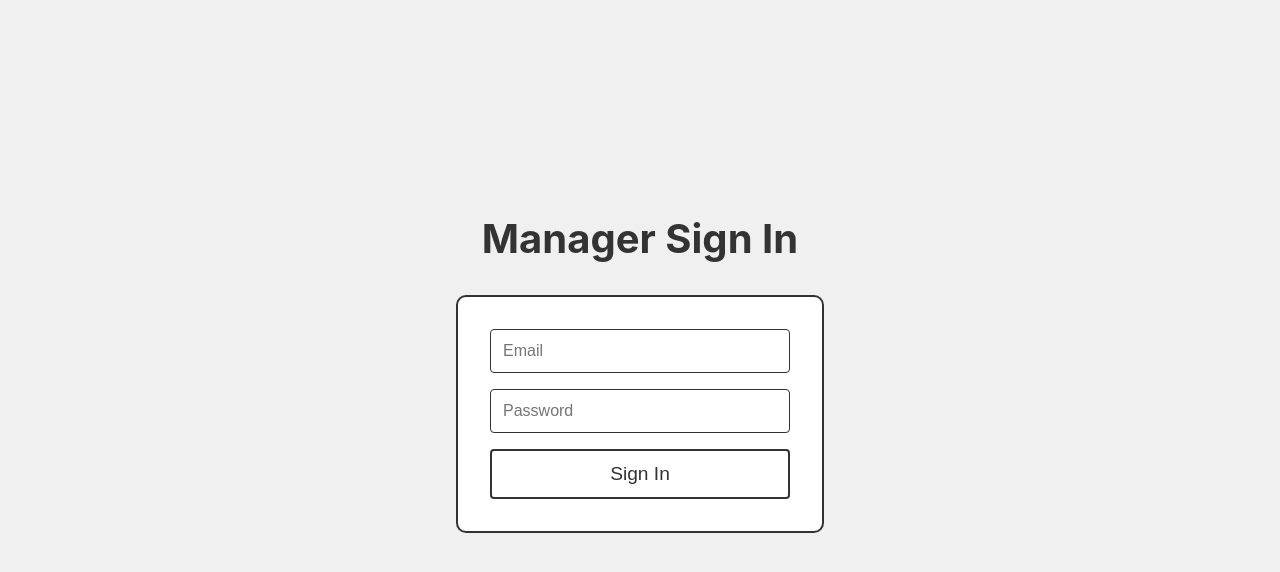
Repository: lasity34/waiter-scheduling-app
Page: /signin (app in waiter-app-frontend/)
An editor plug-in stored every save of this project. The page is shown before and after the next save, followed by the edit.
The browser window is 1280 px wide. The pictures show the whole page.
The project was rebuilt for these pictures with package versions that can differ from the ones it lists, and the page was loaded fresh each time. Also part of the build but not shown: waiter-app-frontend/src/components/Home.tsx, waiter-app-frontend/src/components/WaiterDashboard.tsx, waiter-app-frontend/src/components/ManagerDashboard.tsx.

Above is the page before, as saved 2024-09-10 15:02:48.

### waiter-app-frontend/public/index.html
<!DOCTYPE html>
<html lang="en">
  <head>
    <meta charset="utf-8" />

    <meta name="viewport" content="width=device-width, initial-scale=1" />
    <meta name="theme-color" content="#000000" />
    <meta
      name="description"
      content="Web site created using create-react-app"
    />

    <!--
      manifest.json provides metadata used when your web app is installed on a
      user's mobile device or desktop. See https://developers.google.com/web/fundamentals/web-app-manifest/
    -->
    <link rel="manifest" href="%PUBLIC_URL%/manifest.json" />
    <!--
      Notice the use of %PUBLIC_URL% in the tags above.
      It will be replaced with the URL of the `public` folder during the build.
      Only files inside the `public` folder can be referenced from the HTML.

      Unlike "/favicon.ico" or "favicon.ico", "%PUBLIC_URL%/favicon.ico" will
      work correctly both with client-side routing and a non-root public URL.
      Learn how to configure a non-root public URL by running `npm run build`.
    -->
    <title>Waiter Schedule</title>
  </head>
  <body>
    <noscript>You need to enable JavaScript to run this app.</noscript>
    <div id="root"></div>
    <!--
      This HTML file is a template.
      If you open it directly in the browser, you will see an empty page.

      You can add webfonts, meta tags, or analytics to this file.
      The build step will place the bundled scripts into the <body> tag.

      To begin the development, run `npm start` or `yarn start`.
      To create a production bundle, use `npm run build` or `yarn build`.
    -->
  </body>
</html>

### waiter-app-frontend/src/index.tsx
import React from 'react';
import ReactDOM from 'react-dom/client';
import { BrowserRouter as Router } from 'react-router-dom';
import './index.css';
import App from './App';
import reportWebVitals from './reportWebVitals';

const root = ReactDOM.createRoot(
  document.getElementById('root') as HTMLElement
);
root.render(
  <React.StrictMode>
    <Router>
      <App />
    </Router>
  </React.StrictMode>
);

reportWebVitals();

### waiter-app-frontend/src/App.tsx
import React from 'react';
import { Routes, Route } from 'react-router-dom';
import Home from './components/Home';
import SignIn from './components/Signin';
import WaiterDashboard from './components/WaiterDashboard';
import ManagerDashboard from './components/ManagerDashboard';

const App: React.FC = () => {
  return (
    <div className="App">
      <Routes>
        <Route path="/" element={<Home />} />
        <Route path="/signin" element={<SignIn />} />
        <Route path="/waiter-dashboard" element={<WaiterDashboard />} />
        <Route path="/manager-dashboard" element={<ManagerDashboard />} />
      </Routes>
    </div>
  );
};

export default App;

### waiter-app-frontend/src/components/Signin.tsx
import React, { useState } from 'react';
import { useLocation, useNavigate } from 'react-router-dom';
import styled from 'styled-components';

const SignInContainer = styled.div`
  display: flex;
  flex-direction: column;
  align-items: center;
  justify-content: center;
  height: 100vh;
  background-color: #f0f0f0;
`;

const Header = styled.h1`
  font-size: 2.5rem;
  color: #333;
  margin-bottom: 2rem;
`;

const StyledForm = styled.form`
  display: flex;
  flex-direction: column;
  width: 300px;
  background-color: white;
  padding: 2rem;
  border: 2px solid #333;
  border-radius: 10px;
`;

const StyledInput = styled.input`
  margin-bottom: 1rem;
  padding: 0.75rem;
  font-size: 1rem;
  border: 1px solid #333;
  border-radius: 4px;
`;

const StyledButton = styled.button`
  padding: 0.75rem;
  font-size: 1.2rem;
  color: #333;
  background-color: white;
  border: 2px solid #333;
  border-radius: 4px;
  cursor: pointer;
  transition: all 0.3s ease;

  &:hover {
    background-color: #f8f8f8;
    transform: translateY(-2px);
    box-shadow: 0 2px 5px rgba(0,0,0,0.1);
  }
`;

const SignIn: React.FC = () => {
  const [email, setEmail] = useState<string>('');
  const [password, setPassword] = useState<string>('');
  const location = useLocation();
  const navigate = useNavigate();
  const role = new URLSearchParams(location.search).get('role');

  const handleSubmit = (e: React.FormEvent<HTMLFormElement>) => {
    e.preventDefault();
    // Here you would typically handle authentication
    console.log('Sign in attempt:', { email, password, role });
    // Redirect based on role (for now, we'll just redirect without actual authentication)
    navigate(role === 'waiter' ? '/waiter-dashboard' : '/manager-dashboard');
  };

  return (
    <SignInContainer>
      <Header>{role === 'waiter' ? 'Waiter' : 'Manager'} Sign In</Header>
      <StyledForm onSubmit={handleSubmit}>
        <StyledInput
          type="email"
          placeholder="Email"
          value={email}
          onChange={(e) => setEmail(e.target.value)}
          required
        />
        <StyledInput
          type="password"
          placeholder="Password"
          value={password}
          onChange={(e) => setPassword(e.target.value)}
          required
        />
        <StyledButton type="submit">Sign In</StyledButton>
      </StyledForm>
    </SignInContainer>
  );
}

export default SignIn;

Loaded but not shown: waiter-app-frontend/src/index.css (common file); waiter-app-frontend/src/reportWebVitals.ts (common file)

After the next save:
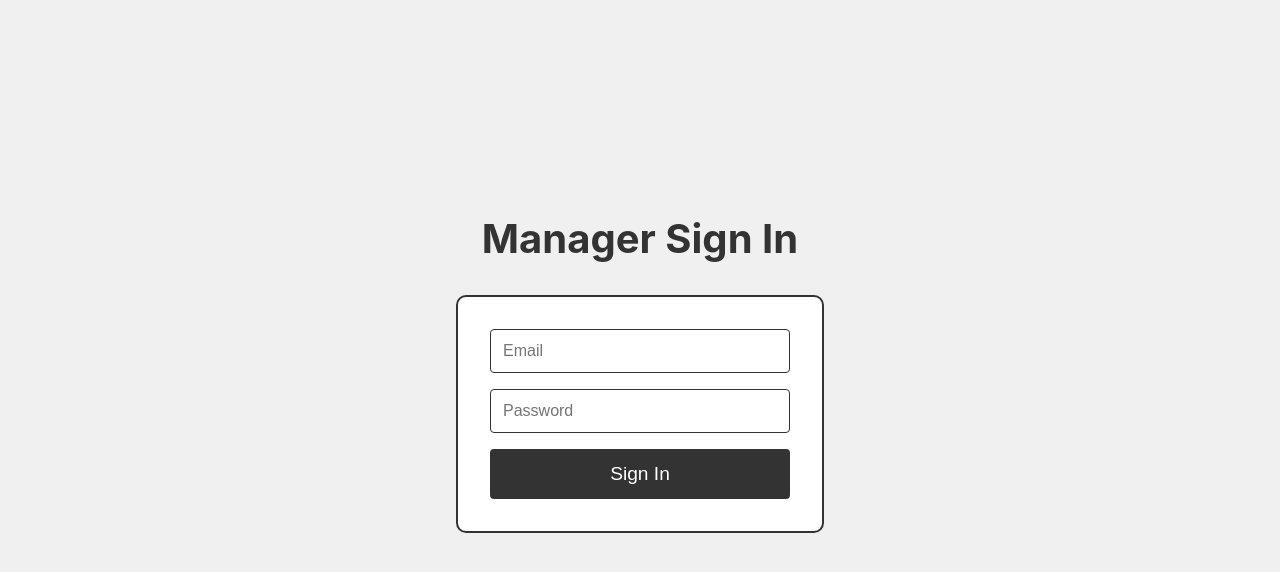
Saved 43 s later.
--- a/waiter-app-frontend/src/components/Signin.tsx
+++ b/waiter-app-frontend/src/components/Signin.tsx
@@ -38,17 +38,17 @@ const StyledInput = styled.input`
 const StyledButton = styled.button`
   padding: 0.75rem;
   font-size: 1.2rem;
-  color: #333;
-  background-color: white;
+  color: white;
+  background-color: #333;
   border: 2px solid #333;
   border-radius: 4px;
   cursor: pointer;
   transition: all 0.3s ease;
 
   &:hover {
-    background-color: #f8f8f8;
+    background-color: #555;
     transform: translateY(-2px);
-    box-shadow: 0 2px 5px rgba(0,0,0,0.1);
+    box-shadow: 0 2px 5px rgba(0,0,0,0.2);
   }
 `;
 
